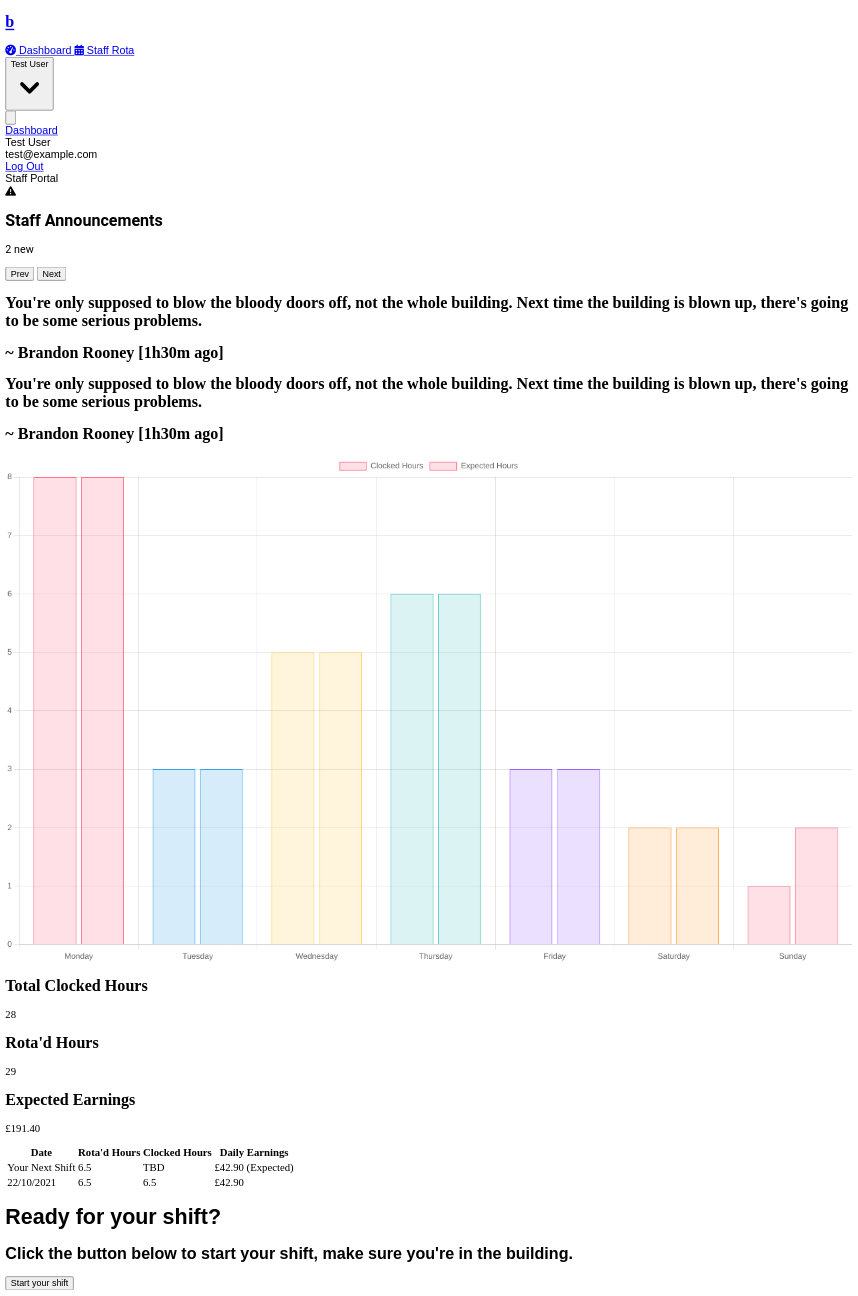
Repository: SimplyBrandon/blue-lounge
Page: http://localhost/dashboard
An editor plug-in stored every save of this project. The page is shown before and after the next save, followed by the edit.
The browser window is 1280 px wide. The pictures show the whole page, at 67% of full size.
Some web libraries are served in a nearby version. The page is served by the project's Laravel application, run on PHP 8.4 with Laravel 8. A made-up administrator, Test User (test@example.com), is signed in. Other server files are loaded and not shown.

Above is the page before, as saved 2021-10-25 20:52:26.

### routes/web.php
<?php

use Illuminate\Support\Facades\Route;

/*
|--------------------------------------------------------------------------
| Web Routes
|--------------------------------------------------------------------------
|
| Here is where you can register web routes for your application. These
| routes are loaded by the RouteServiceProvider within a group which
| contains the "web" middleware group. Now create something great!
|
*/

Route::get('/', function () {
    return view('welcome');
})->name('welcome');

Route::get('/dashboard', function () {
    return view('dashboard');
})->middleware(['auth'])->name('dashboard');

Route::get('/rota', function(){
    return view('staff.rota');
})->middleware(['auth'])->name('rota');

require __DIR__.'/auth.php';

### resources/views/dashboard.blade.php
@extends('layouts.app')

@section('content')
    <div class="flex items-start max-w-7xl mx-auto mt-10 px-4 sm:px-6 lg:px-8">
        <div class="flex flex-col flex-grow mr-10">
            <div class="flex flex-col bg-black bg-opacity-30 rounded-md mb-8 shadow-md">
                <div class="flex items-center w-full px-6 py-4 text-white text-sm font-semibold uppercase tracking-wider" style="font-family: 'Roboto', sans-serif">
                    <div class="flex items-center">
                        <i class="fa fa-exclamation-triangle mr-3"></i>
                        <h2>Staff Announcements</h2>
                    </div>
                    <div class="flex items-center ml-auto">
                        <p class="bg-red-400 text-white px-4 py-1 text-xs rounded-md mr-5">2 new</p>
                        <button type="button" id="prev-announcement" class="mr-3 uppercase font-semibold" prev-announcement>Prev</button>
                        <button type="button" id="next-announcement" class="uppercase font-semibold text-gray-500">Next</button>
                    </div>
                </div>
                <div class="flex flex-nowrap overflow-x-auto no-scrollbar" id="staff-announcements">
                    <div class="flex flex-col bg-white bg-opacity-5 rounded-b-md w-full flex-shrink-0">
                        <h2 class="text-white px-6 py-3">You're only supposed to blow the bloody doors off, not the whole building. Next time the building is blown up, there's going to be some serious problems.</h2>
                        <h2 class="text-gray-300 italic font-semibold px-6 pb-3">~ Brandon Rooney <span class="text-xs text-gray-50">[1h30m ago]</span></h2>
                    </div>
                    <div class="flex flex-col bg-white bg-opacity-5 rounded-b-md w-full flex-shrink-0">
                        <h2 class="text-white px-6 py-3">You're only supposed to blow the bloody doors off, not the whole building. Next time the building is blown up, there's going to be some serious problems.</h2>
                        <h2 class="text-gray-300 italic font-semibold px-6 pb-3">~ Brandon Rooney <span class="text-xs text-gray-50">[1h30m ago]</span></h2>
                    </div>
                </div>
            </div>

            <div class="flex flex-col w-full bg-white bg-opacity-5 rounded-md shadow-md p-10">
                <canvas id="myChart" width="400" height="240"></canvas>
                <div class="flex items-center mt-8 pb-4 border-b-2 border-white border-opacity-5">
                    <div class="flex flex-col w-1/3">
                        <h2 class="text-gray-300 text-sm">Total Clocked Hours</h2>
                        <p class="text-white font-bold text-3xl">28</p>
                    </div>
                    <div class="flex flex-col w-1/3 text-center">
                        <h2 class="text-gray-300 text-sm">Rota'd Hours</h2>
                        <p class="text-white font-bold text-3xl">29</p>
                    </div>
                    <div class="flex flex-col w-1/3 text-right">
                        <h2 class="text-gray-300 text-sm">Expected Earnings</h2>
                        <p class="text-white font-bold text-3xl">£191.40</p>
                    </div>
                </div>
                <div class="flex flex-col w-full">
                    <table class="w-full">
                        <thead class="border-b-2 border-opacity-5 border-white">
                            <tr>
                                <th class="text-left text-white py-3">Date</th>
                                <th class="text-left text-white py-3">Rota'd Hours</th>
                                <th class="text-right text-white py-3">Clocked Hours</th>
                                <th class="text-white py-3 text-right">Daily Earnings</th>
                            </tr>
                        </thead>
                        <tbody>
                            <tr class="font-semibold">
                                <td class="text-left text-white py-3 uppercase text-sm">Your Next Shift</td>
                                <td class="text-left text-white py-3">6.5</td>
                                <td class="text-right text-white py-3">TBD</td>
                                <td class="text-right text-white py-3">£42.90 (Expected)</td>
                            </tr>
                            <tr>
                                <td class="text-left text-gray-400 py-3">22/10/2021</td>
                                <td class="text-left text-gray-400 py-3">6.5</td>
                                <td class="text-right text-gray-400 py-3">6.5</td>
                                <td class="text-right text-gray-400 py-3">£42.90</td>
                            </tr>
                        </tbody>
                    </table>
                </div>
            </div>
        </div>
        <div class="flex flex-col" style="min-width: 340px;">
            <div class="flex flex-col bg-blue-400 rounded-md bg-opacity-20 justify-center p-10" style="font-family: 'Quicksand', sans-serif">
                <h1 class="font-semibold text-2xl text-white tracking-wider" style="font-family: 'Bebas Neue', sans-serif">Ready for your shift?</h1>
                <h2 class="text-gray-300 text-justify text-sm mt-2">Click the button below to start your shift, make sure you're in the building.</h2>

                <button type="button" class="bg-blue-400 hover:bg-blue-500 w-full mt-10 py-3 text-white text-sm uppercase font-semibold tracking-wide rounded-md shadow-md transition ease duration-200">Start your shift</button>
            </div>
        </div>
    </div>

    <script>
        $(document).ready(function(){
            let staffAnnouncements = $('#staff-announcements');

            $('#next-announcement:not(.disabled)').on('click', function(){
                console.log('next announcement');

                var leftPos = staffAnnouncements.scrollLeft();
                var announcementWidth = staffAnnouncements.find('.bg-white').outerWidth();

                let newPos = leftPos + announcementWidth;

                console.log(newPos);

                if(newPos >= staffAnnouncements.outerWidth()){
                    console.log('No more to scroll to');
                }
            });

            /* $('[next-announcement]').on('click', function(){
                if(!$(this).hasClass('disabled')){
                    console.log('activating next announcement movement.');
                    var announcementsLeftPos = $('#staff-announcements').scrollLeft();
                    var announcementWidth = $('#staff-announcements').find('.bg-white').outerWidth();

                    $("#staff-announcements").animate({scrollLeft: announcementsLeftPos + announcementWidth + 'px'}, 450);

                    if(announcementsLeftPos + announcementWidth == $('#staff-announcements').outerWidth()){
                        $(this).addClass('disabled text-gray-500');
                    } else {
                        $('[prev-announcement]').removeClass('disabled text-gray-500');
                    }
                }
            });

            $('[prev-announcement]').on('click', function(){
                if(!$(this).hasClass('disabled')){
                    console.log('activating prev announcement movement.');
                    var announcementsLeftPos = $('#staff-announcements').scrollLeft();
                    var announcementWidth = $('#staff-announcements').find('.bg-white').outerWidth();

                    $('#staff-announcements').animate({
                        scrollLeft: announcementsLeftPos - announcementWidth + 'px'
                    }, 450);

                    if(announcementsLeftPos - announcementWidth == 0){
                        $(this).addClass('disabled text-gray-500');
                    } else {
                        $('[next-announcement]').removeClass('disabled text-gray-500');
                    }
                }
            }); */
        });


        var ctx = document.getElementById('myChart').getContext('2d');
        var myChart = new Chart(ctx, {
            type: 'bar',
            data: {
                labels: ['Monday', 'Tuesday', 'Wednesday', 'Thursday', 'Friday', 'Saturday', 'Sunday'],
                datasets: [{
                    label: 'Clocked Hours',
                    data: [8, 3, 5, 6, 3, 2, 1],
                    backgroundColor: [
                        'rgba(255, 99, 132, 0.2)',
                        'rgba(54, 162, 235, 0.2)',
                        'rgba(255, 206, 86, 0.2)',
                        'rgba(75, 192, 192, 0.2)',
                        'rgba(153, 102, 255, 0.2)',
                        'rgba(255, 159, 64, 0.2)'
                    ],
                    borderColor: [
                        'rgba(255, 99, 132, 1)',
                        'rgba(54, 162, 235, 1)',
                        'rgba(255, 206, 86, 1)',
                        'rgba(75, 192, 192, 1)',
                        'rgba(153, 102, 255, 1)',
                        'rgba(255, 159, 64, 1)'
                    ],
                    borderWidth: 1
                }, {
                    label: 'Expected Hours',
                    data: [8, 3, 5, 6, 3, 2, 2],
                    backgroundColor: [
                        'rgba(255, 99, 132, 0.2)',
                        'rgba(54, 162, 235, 0.2)',
                        'rgba(255, 206, 86, 0.2)',
                        'rgba(75, 192, 192, 0.2)',
                        'rgba(153, 102, 255, 0.2)',
                        'rgba(255, 159, 64, 0.2)'
                    ],
                    borderColor: [
                        'rgba(255, 99, 132, 1)',
                        'rgba(54, 162, 235, 1)',
                        'rgba(255, 206, 86, 1)',
                        'rgba(75, 192, 192, 1)',
                        'rgba(153, 102, 255, 1)',
                        'rgba(255, 159, 64, 1)'
                    ],
                    borderWidth: 1
                }]
            },
            options: {
                scales: {
                    y: {
                        beginAtZero: true
                    }
                }
            }
        });
    </script>
@endsection

### resources/views/layouts/app.blade.php
<!DOCTYPE html>
<html lang="{{ str_replace('_', '-', app()->getLocale()) }}">
    <head>
        <meta charset="utf-8">
        <meta name="viewport" content="width=device-width, initial-scale=1">
        <meta name="csrf-token" content="{{ csrf_token() }}">

        <title>{{ config('app.name', 'Laravel') }}</title>

        <!-- Fonts -->
        <link rel="stylesheet" href="https://fonts.googleapis.com/css2?family=Nunito:wght@400;600;700&display=swap">

        <!-- Styles -->
        <link rel="stylesheet" href="{{ asset('css/app.css') }}">
        @yield('styles')

        <!-- Scripts -->
        <script src="https://code.jquery.com/jquery-3.6.0.min.js" integrity="sha256-/xUj+3OJU5yExlq6GSYGSHk7tPXikynS7ogEvDej/m4=" crossorigin="anonymous"></script>
        <script src="{{ asset('js/app.js') }}" defer></script>
        <script type="text/javascript" src="https://cdn.jsdelivr.net/npm/chart.js@3.5.1/dist/chart.min.js"></script>
    </head>
    <body class="font-sans antialiased">
        <div class="min-h-screen bg-gray-900">
            @include('layouts.navigation')

            <!-- Page Heading -->
            <header class="bg-gray-800 shadow">
                <div class="max-w-7xl mx-auto py-6 px-4 sm:px-6 lg:px-8 tracking-wide text-white text-2xl font-semibold" style="font-family: 'Quicksand', sans-serif">
                    @if(request()->routeIs('rota'))
                        {{ __('Staff Rota') }}
                    @elseif(request()->routeIs('dashboard'))
                        {{ __('Staff Portal') }}
                    @endif
                </div>
            </header>

            <!-- Page Content -->
            <main>
                @yield('content')
            </main>
        </div>

        <script type="text/javascript" src="{{ asset('js/parallax.min.js') }}"></script>
        <script src="https://kit.fontawesome.com/69ebd03f48.js" crossorigin="anonymous"></script>
        @yield('scripts')
    </body>
</html>

### resources/views/layouts/navigation.blade.php
<nav x-data="{ open: false }" class="bg-gray-800 border-b border-gray-900" style="font-family: 'Quicksand', sans-serif">
    <!-- Primary Navigation Menu -->
    <div class="max-w-7xl mx-auto px-4 sm:px-6 lg:px-8">
        <div class="flex justify-between h-16">
            <div class="flex">
                <!-- Logo -->
                <div class="flex-shrink-0 flex items-center">
                    <a href="{{ route('dashboard') }}">
                        <h2 class="font-semibold text-blue-400 text-4xl" style="font-family: 'Righteous', cursive">b</h2>
                    </a>
                </div>

                <!-- Navigation Links -->
                <div class="hidden space-x-8 sm:-my-px sm:ml-10 sm:flex">
                    <x-nav-link :href="route('dashboard')" :active="request()->routeIs('dashboard')">
                        <i class="fa fa-tachometer mr-3"></i> {{ __('Dashboard') }}
                    </x-nav-link>
                    <x-nav-link :href="route('rota')" :active="request()->routeIs('rota')">
                        <i class="fa fa-calendar mr-3"></i> {{ __('Staff Rota') }}
                    </x-nav-link>
                </div>
            </div>

            <!-- Settings Dropdown -->
            <div class="hidden sm:flex sm:items-center sm:ml-6">
                <x-dropdown align="right" width="48">
                    <x-slot name="trigger">
                        <button class="flex items-center text-sm font-medium text-white hover:text-blue-400 hover:border-gray-300 focus:outline-none focus:text-blue-300 focus:border-gray-300 transition duration-150 ease-in-out">
                            <div>{{ Auth::user()->name }}</div>

                            <div class="ml-1">
                                <svg class="fill-current h-4 w-4" xmlns="http://www.w3.org/2000/svg" viewBox="0 0 20 20">
                                    <path fill-rule="evenodd" d="M5.293 7.293a1 1 0 011.414 0L10 10.586l3.293-3.293a1 1 0 111.414 1.414l-4 4a1 1 0 01-1.414 0l-4-4a1 1 0 010-1.414z" clip-rule="evenodd" />
                                </svg>
                            </div>
                        </button>
                    </x-slot>

                    <x-slot name="content">
                        <x-dropdown-link :href="route('welcome')">{{ __('Account Settings') }}</x-dropdown-link>
                        <div class="w-full h-px bg-gray-800"></div>
                        <form method="POST" action="{{ route('logout') }}">@csrf
                            <x-dropdown-link :href="route('logout')" onclick="event.preventDefault(); this.closest('form').submit();">
                                {{ __('Log Out') }}
                            </x-dropdown-link>
                        </form>
                    </x-slot>
                </x-dropdown>
            </div>

            <!-- Hamburger -->
            <div class="-mr-2 flex items-center sm:hidden">
                <button @click="open = ! open" class="inline-flex items-center justify-center p-2 rounded-md text-gray-400 hover:text-gray-500 hover:bg-gray-100 focus:outline-none focus:bg-gray-100 focus:text-gray-500 transition duration-150 ease-in-out">
                    <svg class="h-6 w-6" stroke="currentColor" fill="none" viewBox="0 0 24 24">
                        <path :class="{'hidden': open, 'inline-flex': ! open }" class="inline-flex" stroke-linecap="round" stroke-linejoin="round" stroke-width="2" d="M4 6h16M4 12h16M4 18h16" />
                        <path :class="{'hidden': ! open, 'inline-flex': open }" class="hidden" stroke-linecap="round" stroke-linejoin="round" stroke-width="2" d="M6 18L18 6M6 6l12 12" />
                    </svg>
                </button>
            </div>
        </div>
    </div>

    <!-- Responsive Navigation Menu -->
    <div :class="{'block': open, 'hidden': ! open}" class="hidden sm:hidden">
        <div class="pt-2 pb-3 space-y-1">
            <x-responsive-nav-link :href="route('dashboard')" :active="request()->routeIs('dashboard')">
                {{ __('Dashboard') }}
            </x-responsive-nav-link>
        </div>

        <!-- Responsive Settings Options -->
        <div class="pt-4 pb-1 border-t border-gray-200">
            <div class="px-4">
                <div class="font-medium text-base text-gray-800">{{ Auth::user()->name }}</div>
                <div class="font-medium text-sm text-gray-500">{{ Auth::user()->email }}</div>
            </div>

            <div class="mt-3 space-y-1">
                <!-- Authentication -->
                <form method="POST" action="{{ route('logout') }}">
                    @csrf

                    <x-responsive-nav-link :href="route('logout')"
                            onclick="event.preventDefault();
                                        this.closest('form').submit();">
                        {{ __('Log Out') }}
                    </x-responsive-nav-link>
                </form>
            </div>
        </div>
    </div>
</nav>

### resources/views/components/nav-link.blade.php
@props(['active'])

@php $classes = ($active ?? false) ? 'inline-flex items-center px-1 pt-1 text-sm font-medium leading-5 text-white focus:outline-none transition duration-150 ease-in-out' : 'inline-flex items-center px-1 pt-1 text-sm font-medium leading-5 text-gray-400 focus:outline-none transition duration-150 ease-in-out hover:text-blue-500'; @endphp

<a {{ $attributes->merge(['class' => $classes]) }}>
    {{ $slot }}
</a>

### resources/views/components/dropdown-link.blade.php
<a {{ $attributes->merge(['class' => 'block px-4 py-2 text-sm leading-5 text-gray-500 focus:outline-none hover:text-blue-400 transition duration-150 ease-in-out']) }}>{{ $slot }}</a>

### resources/views/components/dropdown.blade.php
@props(['align' => 'right', 'width' => '48', 'contentClasses' => 'py-1 bg-white'])

@php
switch ($align) {
    case 'left':
        $alignmentClasses = 'origin-top-left left-0';
        break;
    case 'top':
        $alignmentClasses = 'origin-top';
        break;
    case 'right':
    default:
        $alignmentClasses = 'origin-top-right right-0';
        break;
}

switch ($width) {
    case '48':
        $width = 'w-48';
        break;
}
@endphp

<div class="relative shadow-md" x-data="{ open: false }" @click.away="open = false" @close.stop="open = false">
    <div @click="open = ! open">
        {{ $trigger }}
    </div>

    <div x-show="open"
            x-transition:enter="transition ease-out duration-200"
            x-transition:enter-start="transform opacity-0 scale-95"
            x-transition:enter-end="transform opacity-100 scale-100"
            x-transition:leave="transition ease-in duration-75"
            x-transition:leave-start="transform opacity-100 scale-100"
            x-transition:leave-end="transform opacity-0 scale-95"
            class="absolute z-50 mt-2 {{ $width }} rounded-md shadow-lg {{ $alignmentClasses }}"
            style="display: none;"
            @click="open = false">
        <div class="bg-gray-900 border-gray-800 rounded-md ring-1 {{ $contentClasses }}">
            {{ $content }}
        </div>
    </div>
</div>

Loaded but not shown: routes/auth.php (common file); app/Models/User.php (common file); resources/views/components/responsive-nav-link.blade.php (common file); public/js/parallax.min.js (library); public/js/app.js (library)

After the next save:
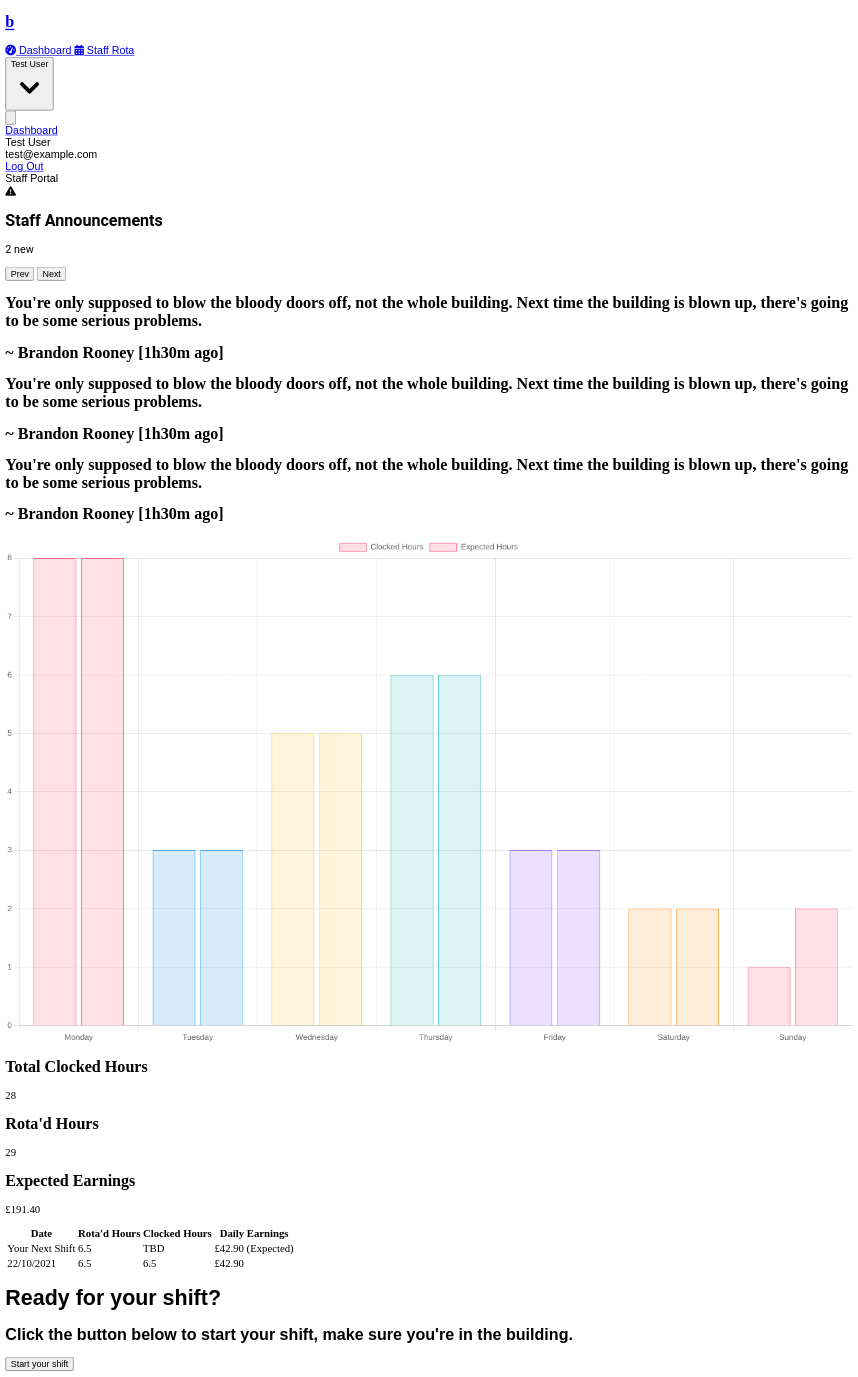
Saved 10 s later.
--- a/resources/views/dashboard.blade.php
+++ b/resources/views/dashboard.blade.php
@@ -16,6 +16,10 @@
                     </div>
                 </div>
                 <div class="flex flex-nowrap overflow-x-auto no-scrollbar" id="staff-announcements">
+                    <div class="flex flex-col bg-white bg-opacity-5 rounded-b-md w-full flex-shrink-0">
+                        <h2 class="text-white px-6 py-3">You're only supposed to blow the bloody doors off, not the whole building. Next time the building is blown up, there's going to be some serious problems.</h2>
+                        <h2 class="text-gray-300 italic font-semibold px-6 pb-3">~ Brandon Rooney <span class="text-xs text-gray-50">[1h30m ago]</span></h2>
+                    </div>
                     <div class="flex flex-col bg-white bg-opacity-5 rounded-b-md w-full flex-shrink-0">
                         <h2 class="text-white px-6 py-3">You're only supposed to blow the bloody doors off, not the whole building. Next time the building is blown up, there's going to be some serious problems.</h2>
                         <h2 class="text-gray-300 italic font-semibold px-6 pb-3">~ Brandon Rooney <span class="text-xs text-gray-50">[1h30m ago]</span></h2>
